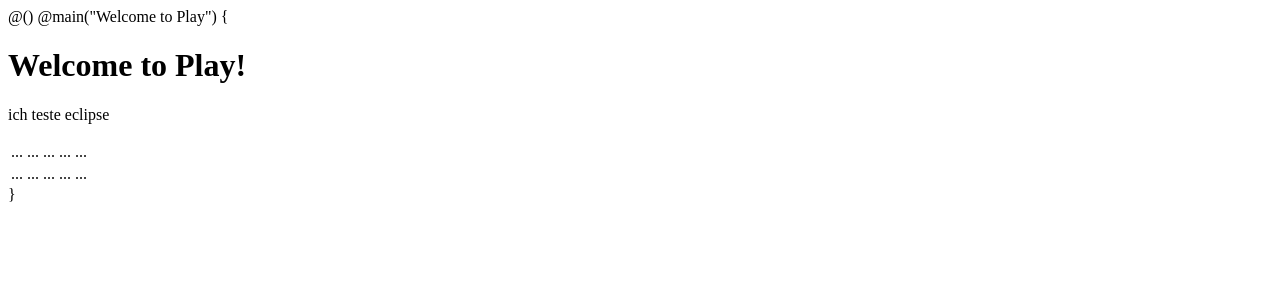
Repository: Avinukas/InTime
Page: intime/app/views/index.scala.html
An editor plug-in stored every save of this project. The page is shown before and after the next save, followed by the edit.
The browser window is 1280 px wide. The pictures show the whole page.

Above is the page before, as saved 2018-05-16 15:29:36.

After the next save:
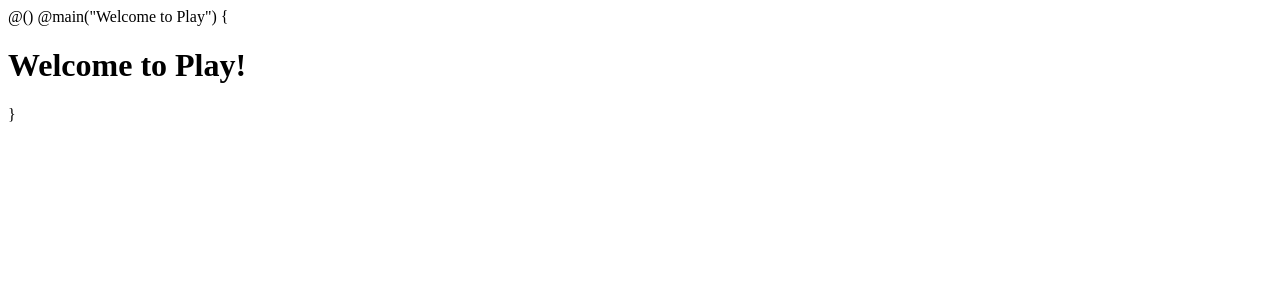
Saved 18 s later.
--- a/intime/app/views/index.scala.html
+++ b/intime/app/views/index.scala.html
@@ -2,23 +2,5 @@
 
 @main("Welcome to Play") {
   <h1>Welcome to Play!</h1>
-  <p>ich teste eclipse</p>
 
- <table class="table table-striped">
-<!-- On cells (`td` or `th`) -->
-<tr class="danger">
-  <td class="active">...</td>
-  <td class="success">...</td>
-  <td class="warning">...</td>
-  <td class="danger">...</td>
-  <td class="info">...</td>
-</tr>
-<tr class="active">
-  <td class="active">...</td>
-  <td class="success">...</td>
-  <td class="warning">...</td>
-  <td class="danger">...</td>
-  <td class="info">...</td>
-</tr>
-</table>
 }
